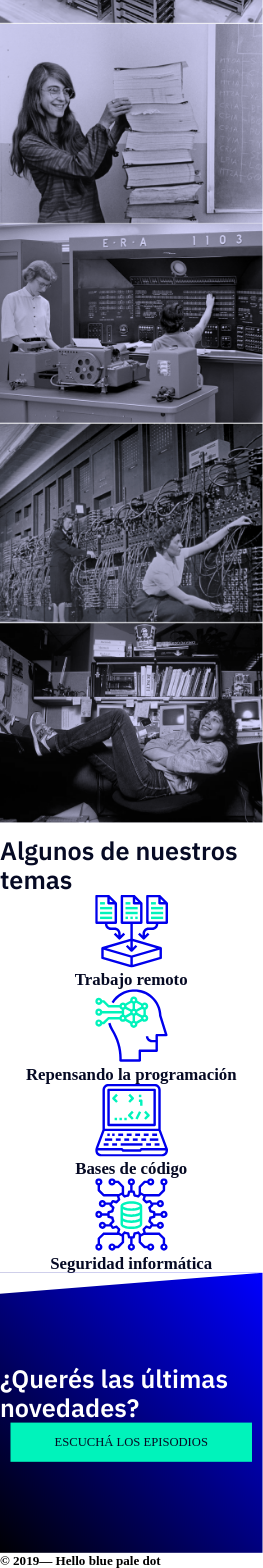
Repository: FedeGA93/podcast
Page: index.html
An editor plug-in stored every save of this project. The page is shown before and after the next save, followed by the edit.
The browser window is 375 px wide. The pictures show the part of the page from y = 3146 to 5386 px (the page is 5386 px tall before and 5306 px after), at 70% of full size.
Some web libraries are served in a nearby version.

Above is the page before, as saved 2019-11-25 10:34:05.

After the next save:
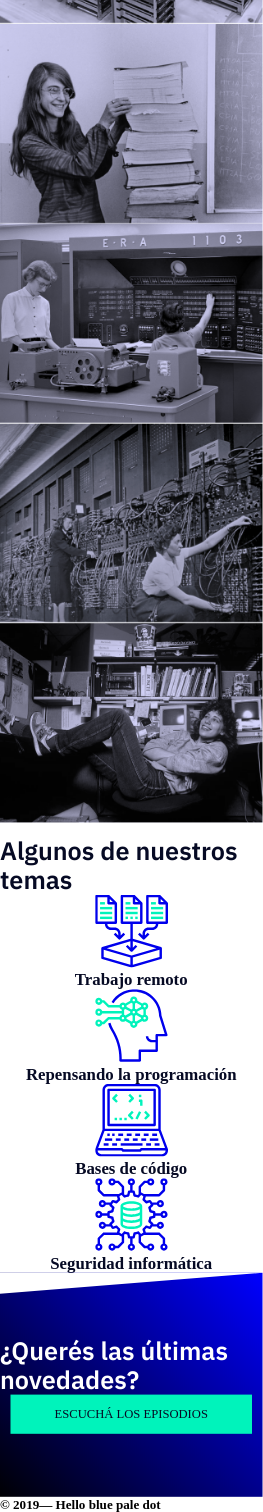
Saved 11 s later.
--- a/styles/styles.css
+++ b/styles/styles.css
@@ -313,7 +313,7 @@ iframe {
     height: 172vh;
   }
   .secfoot{
-
+    height: 40vh;
   }
   .phone{
     top:-60px;
